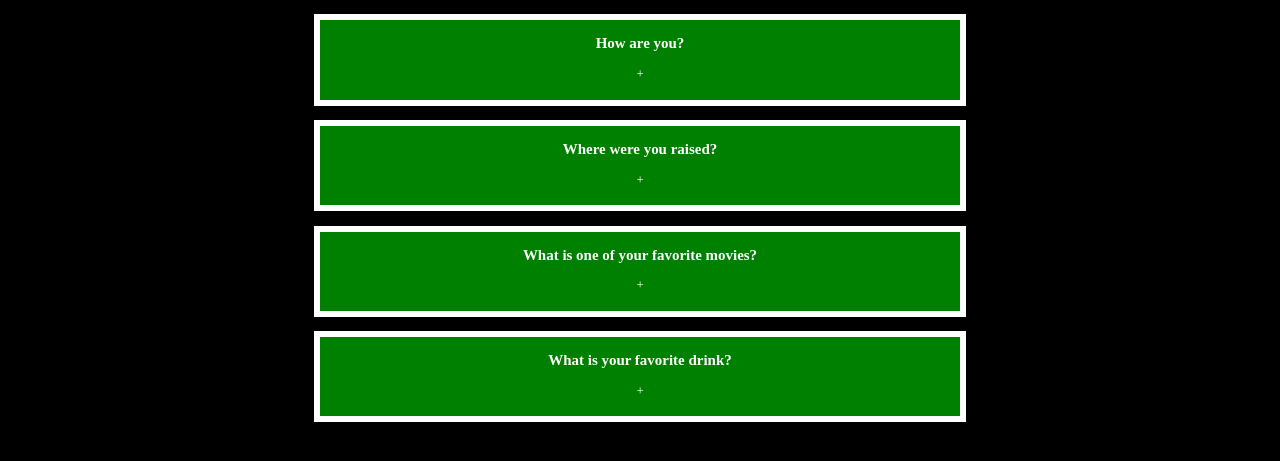
Repository: kosenijr/react-projects
Page: / (app in accordion/)
The author's editor kept a copy of each file at every save. The page is drawn from the files as they stood at one save, then again after a run of saves.
The browser window is 1280 px wide. The pictures show the whole page.
The project was rebuilt for these pictures with package versions that can differ from the ones it lists, and the page was loaded fresh each time.

Above is the page before, as saved 2024-03-02 23:01:35.

After the next 2 saves:
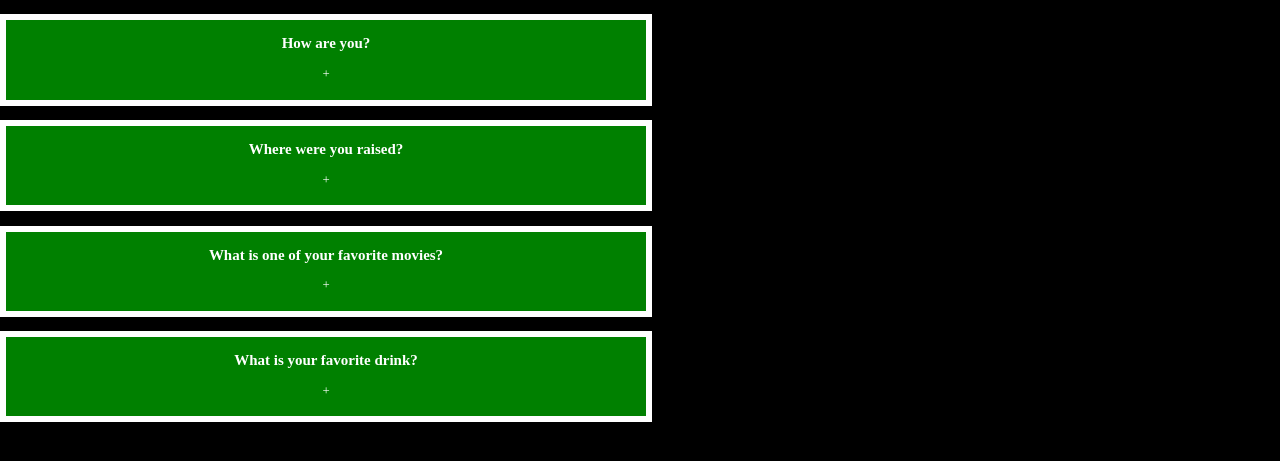
The 2 saves are shown as one change because they came seconds apart.
The last was saved 37 s later.
--- a/accordion/src/styles/SingleSelection.css
+++ b/accordion/src/styles/SingleSelection.css
@@ -1,7 +1,8 @@
 .wrapper {
+  display: flex;
   height: 100vh;
   width: 100vw;
-  position: fixed;
+  /* position: fixed; */
   background-color: black
 }
 .accordion {

After the save that followed:
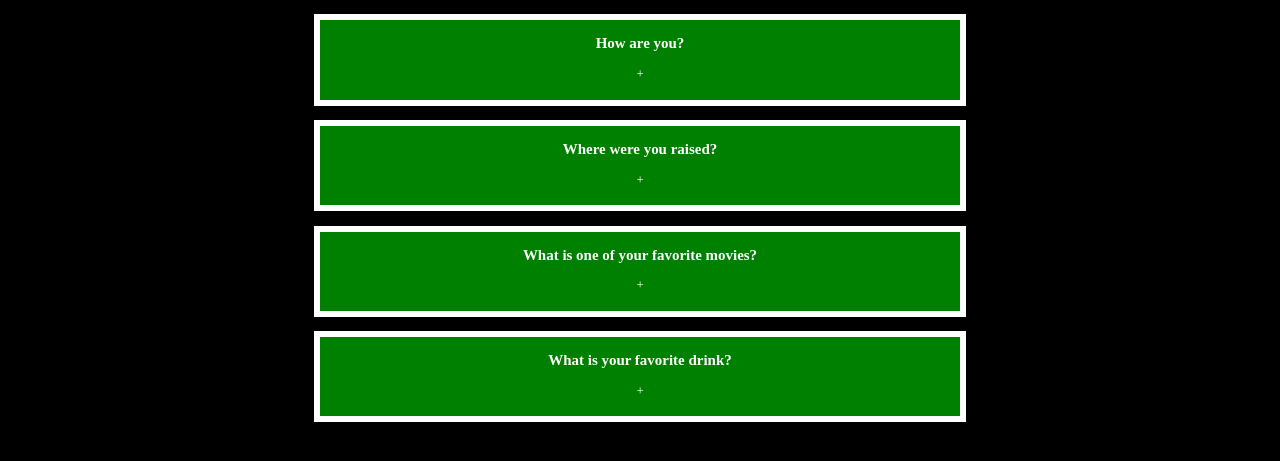
Saved 21 s later.
--- a/accordion/src/styles/SingleSelection.css
+++ b/accordion/src/styles/SingleSelection.css
@@ -3,6 +3,7 @@
   height: 100vh;
   width: 100vw;
   /* position: fixed; */
+  justify-content: center;
   background-color: black
 }
 .accordion {
